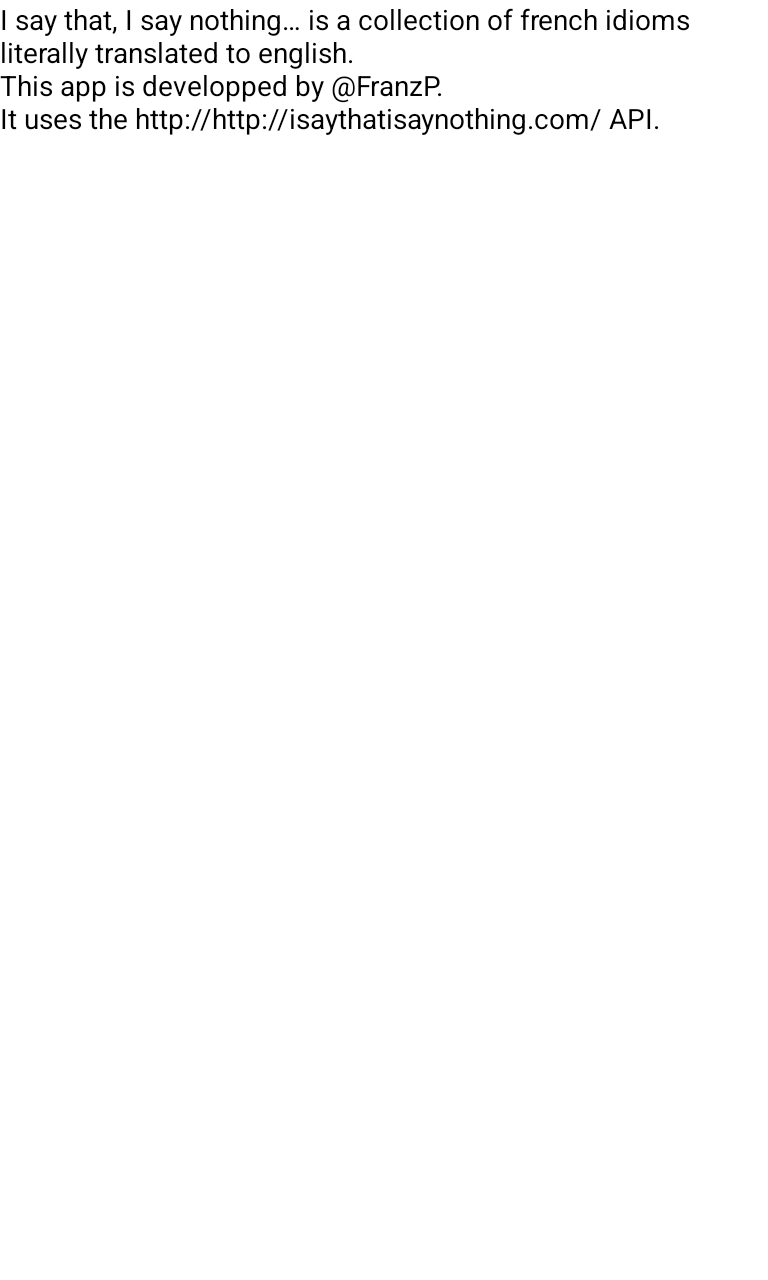
Repository: FranzPoize/ISTISN-Android
Layout: istisn/res/layout/about.xml
The author's editor kept a copy of each file at every save. The layout is drawn from the files as they stood at one save, then again after a run of saves.
It is drawn on a 768 x 1280 px phone screen (xhdpi) without system bars, with theme android:Theme.NoTitleBar.Fullscreen; the app's code is not run.

Above is the layout before, as saved 2012-11-27 04:33:15.

After the next 2 saves:
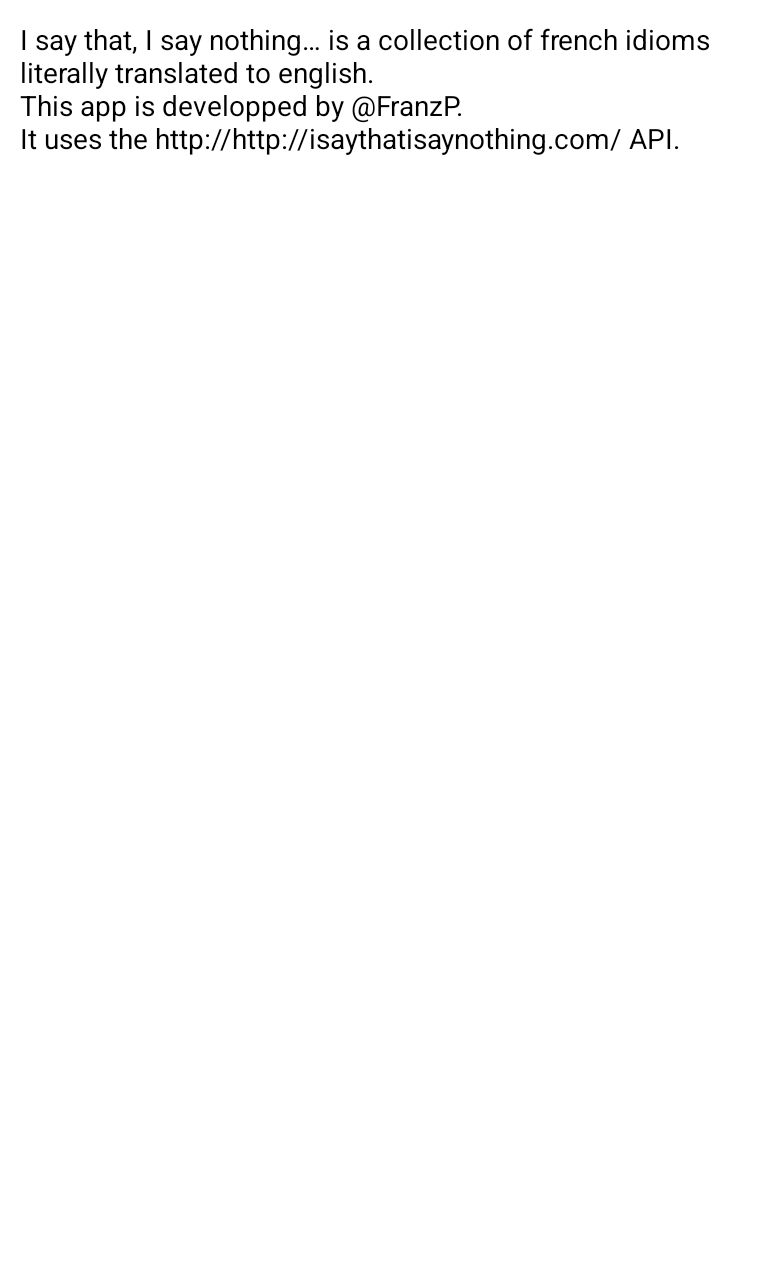
The 2 saves are shown as one change because they came seconds apart.
The last was saved 53 s later.
--- a/istisn/res/layout/about.xml
+++ b/istisn/res/layout/about.xml
@@ -3,13 +3,13 @@
     android:layout_width="match_parent"
     android:layout_height="match_parent"
     android:orientation="vertical"
-    android:layout_margin="10dp"
     android:background="@color/white" >
     <TextView
         android:layout_width="match_parent"
     	android:layout_height="match_parent"
     	android:text="@string/about_start"
     	android:id="@+id/about_text"
+    	android:layout_margin="10dp"
     	android:textColor="@color/black"/>
 
 </LinearLayout>
